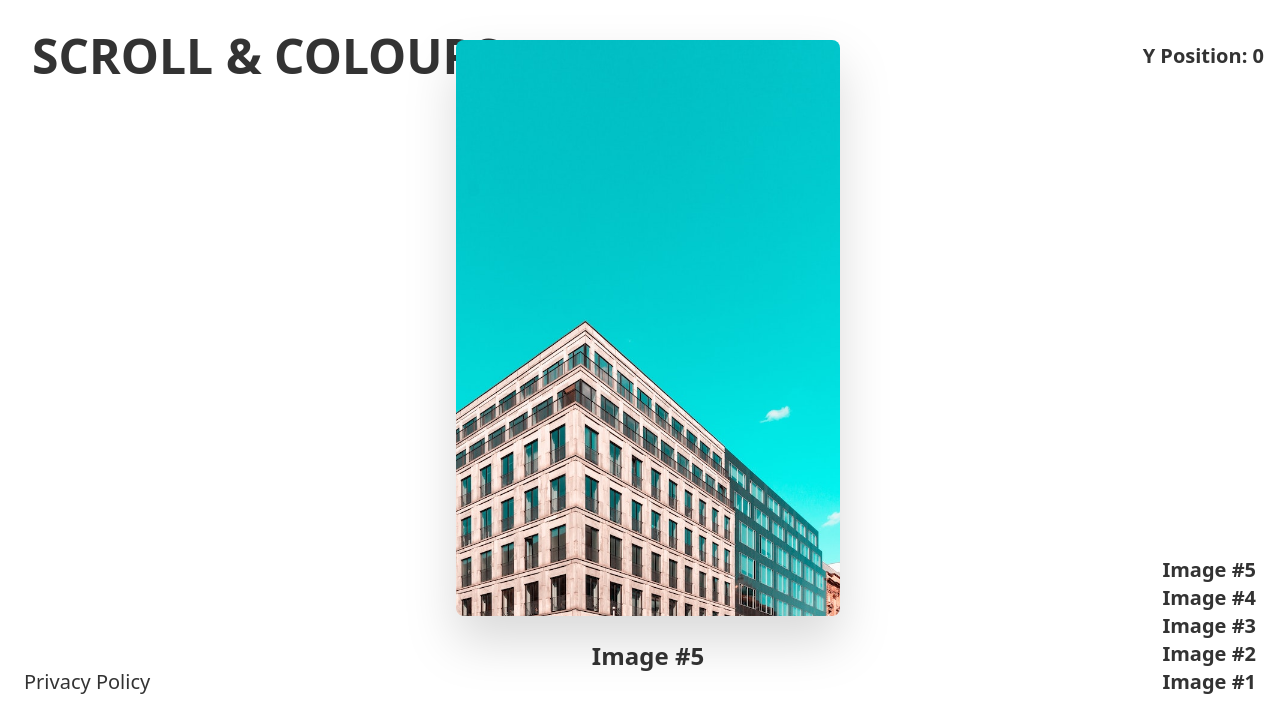
Repository: chelle-c/smooth-scroll-colours
Page: /
An editor plug-in stored every save of this project. The page is shown before and after the next save, followed by the edit.
The browser window is 1280 px wide. The page is 1288 px wide, so the pictures cover 1288 px, including what lies to the right of the window. The pictures show the whole page.
An inner scrolling area shows only its first screen. The project was rebuilt for these pictures with package versions that can differ from the ones it lists, and the page was loaded fresh each time. Imported but missing from the stored project, and not drawn on this page: images.

Above is the page before, as saved 2022-09-27 20:15:23.

After the next save:
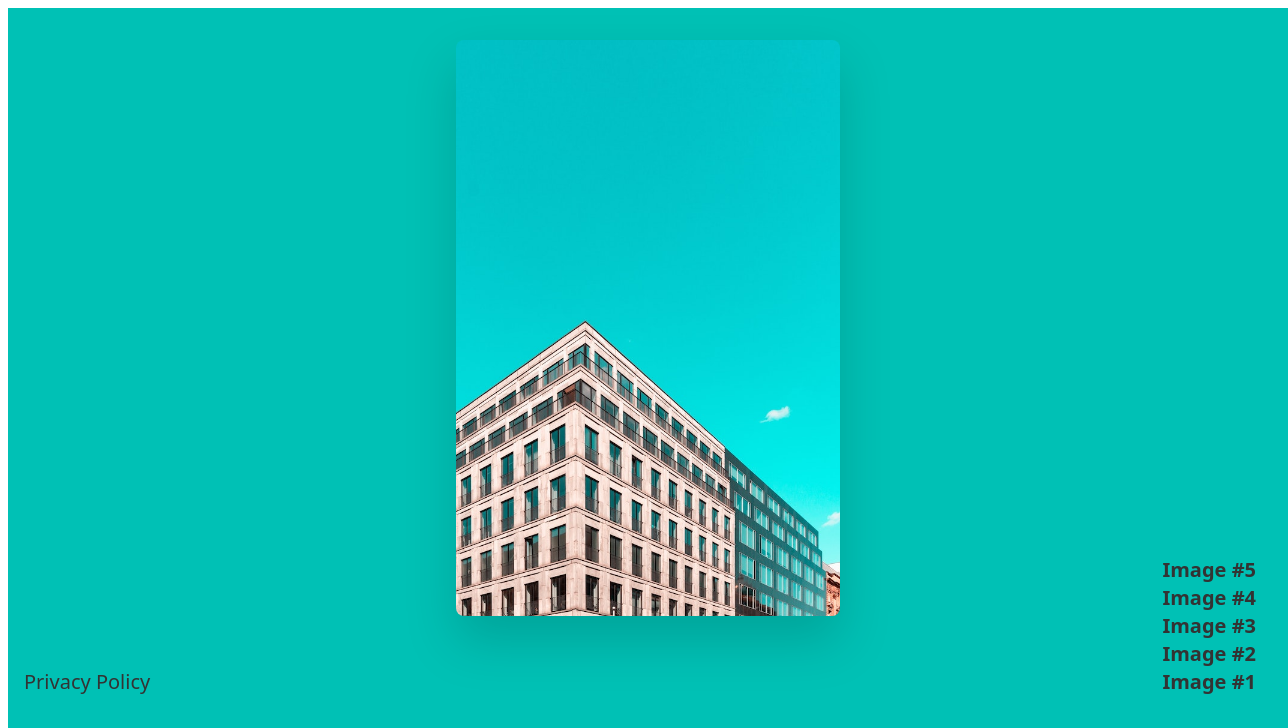
Saved 3 min 31 s later.
--- a/src/App.svelte
+++ b/src/App.svelte
@@ -26,7 +26,7 @@
 	let setColour = () => {
 		let colour;
 		for (let index = 0; index < sections.length; index++) {
-			yTop < (outerHeight * (index))
+			yTop <= (yHeight / (index))
 				? (colour = colours[index])
 				: 'blueviolet';
 		}
@@ -56,7 +56,7 @@
 			id="section{id}"
 			class="flex flex-col justify-center items-center min-w-full min-h-screen justify-center items-center transition-colors snap-always snap-center"
 		>
-			<div id="background" class="min-w-full min-h-screen z-0 absolute" />
+			<div id="background" class="min-w-full min-h-screen z-0 absolute" style="--background: {backgroundColour}" />
 			<div in:fade class="drop-shadow-2xl">
 				<img
 					class="w-96 rounded-lg"
@@ -126,4 +126,8 @@
 		scrollbar-width: none;
 		background: transparent;
 	}
+
+	#background {
+		background: var(--background);
+	}
 </style>

After the save that followed:
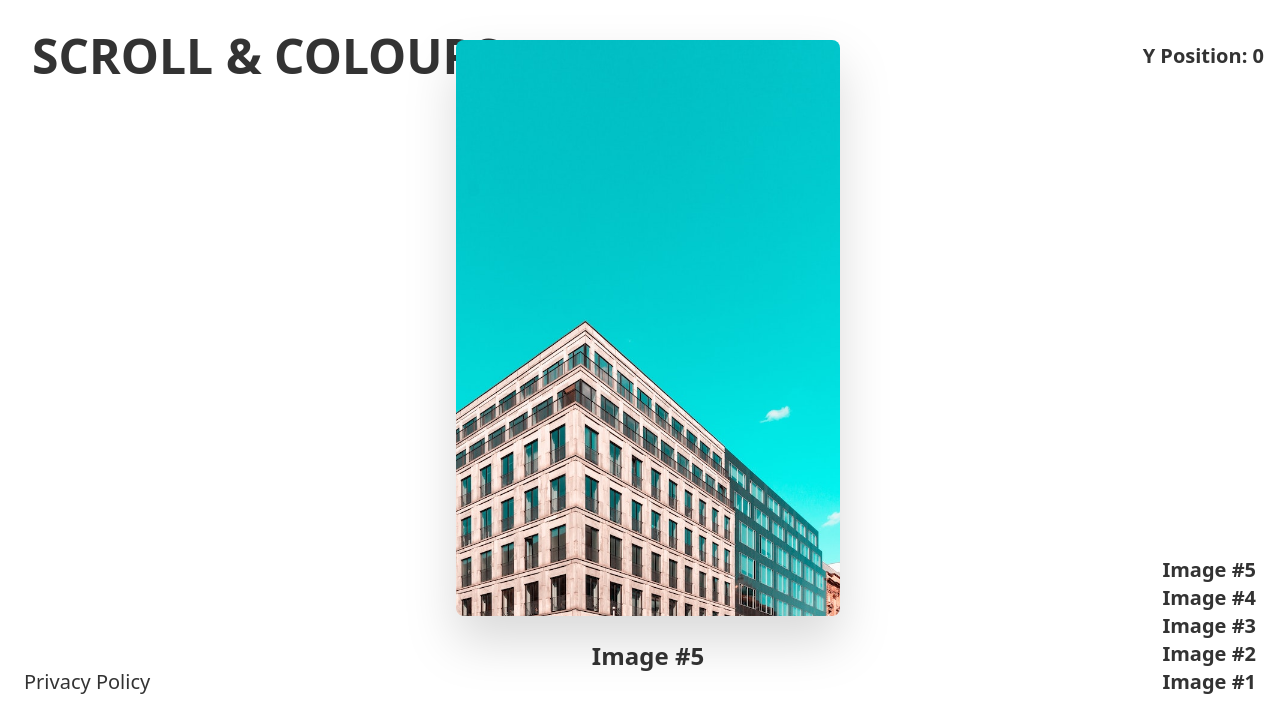
Saved 48 s later.
--- a/src/App.svelte
+++ b/src/App.svelte
@@ -17,21 +17,11 @@
 	function parseScroll() {
 		yTop=box.scrollTop
 		yHeight=box.scrollHeight
-		setColour();
 	}
 
 	const colours = sections.map(section => section.colour);
 	let backgroundColour = '#00c1b5';
 
-	let setColour = () => {
-		let colour;
-		for (let index = 0; index < sections.length; index++) {
-			yTop <= (yHeight / (index))
-				? (colour = colours[index])
-				: 'blueviolet';
-		}
-		backgroundColour = colour;
-	};
 </script>
 
 <main
@@ -56,7 +46,7 @@
 			id="section{id}"
 			class="flex flex-col justify-center items-center min-w-full min-h-screen justify-center items-center transition-colors snap-always snap-center"
 		>
-			<div id="background" class="min-w-full min-h-screen z-0 absolute" style="--background: {backgroundColour}" />
+			<div id="background" class="min-w-full min-h-screen z-0 absolute" style="backgroundColor: blueviolet" />
 			<div in:fade class="drop-shadow-2xl">
 				<img
 					class="w-96 rounded-lg"
@@ -126,8 +116,4 @@
 		scrollbar-width: none;
 		background: transparent;
 	}
-
-	#background {
-		background: var(--background);
-	}
 </style>
